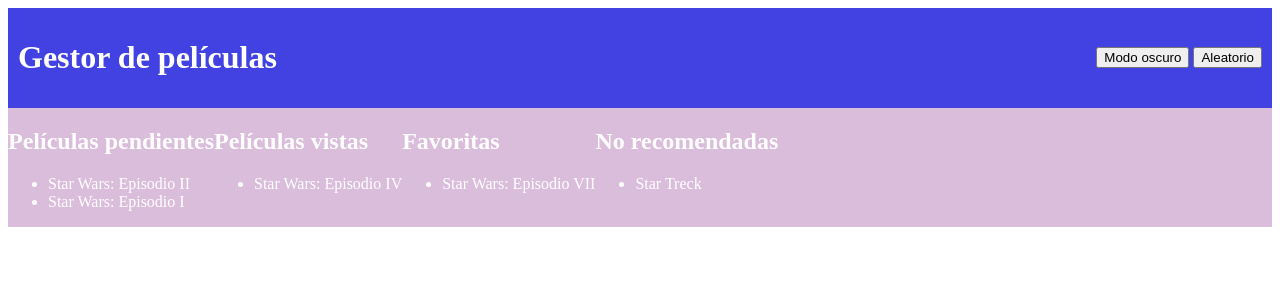
Repository: alvarobarasona/DAW_2
Page: DIW/EXAMEN_SEGUNDA_EV/public/index.html
These files come from the project's save history. The page is drawn as it stood at one moment and after the next save; the edit follows.
The browser window is 1280 px wide. The pictures show the whole page.
The style sheet was rebuilt from its Sass, Less or Tailwind sources for each picture, by a compiler version that may differ from the author's.

Above is the page before, as saved 2024-03-04 17:16:29.

### DIW/EXAMEN_SEGUNDA_EV/public/index.html
<!DOCTYPE html>
<html lang="es">
    <head>
        <meta charset="UTF-8">
        <meta name="viewport" content="width=device-width, initial-scale=1.0">
        <title>Gestor de películas</title>
        <link rel="stylesheet" href="./css/style.css">
    </head>
    <body>
        <header>
            <h1>Gestor de películas</h1>
            <div>
                <button>Modo oscuro</button>
                <button>Aleatorio</button>
            </div>
        </header>
        <main>
            <div class="movies-column">
                <div class="movies-header">
                    <h2>Películas pendientes</h2>
                </div>
                <div class="movies-container">
                    <ul>
                        <li>Star Wars: Episodio II</li>
                        <li>Star Wars: Episodio I</li>
                    </ul>
                </div>
            </div>
            <div class="movies-column">
                <div class="movies-header">
                    <h2>Películas vistas</h2>
                </div>
                <div class="movies-container">
                    <ul>
                        <li>Star Wars: Episodio IV</li>
                    </ul>
                </div>
            </div>
            <div class="movies-column">
                <div class="movies-header">
                    <h2>Favoritas</h2>
                </div>
                <div class="movies-container">
                    <ul>
                        <li>Star Wars: Episodio VII</li>
                    </ul>
                </div>
            </div>
            <div class="movies-column">
                <div class="movies-header">
                    <h2>No recomendadas</h2>
                </div>
                <div class="movies-container">
                    <ul>
                        <li>Star Treck</li>
                    </ul>
                </div>
            </div>
        </main>
    </body>
</html>

### DIW/EXAMEN_SEGUNDA_EV/public/scss/style.scss
@import "abstracts/mixins";
@import "abstracts/variables";

header {
    @include aparience(row, $header_color, $header_font_color);
    justify-content: space-between;
    align-items: center;
    padding: 10px;
}

main {
    @include aparience(row, $main_bgc, $header_font_color);
}

### DIW/EXAMEN_SEGUNDA_EV/public/scss/abstracts/_mixins.scss
@mixin flex_display($display_option) {
    display: flex;
    flex-direction: $display_option;
}

@mixin aparience($display_option, $background_color, $font_color) {
    @include flex_display($display_option);
    background-color: $background_color;
    color: $font_color;
}

### DIW/EXAMEN_SEGUNDA_EV/public/scss/abstracts/_variables.scss
//Colores de la web
$header_color: rgb(66, 66, 226);
$header_font_color: white;
$buttons_bgc: rgb(139, 26, 139);
$main_bgc: rgb(217, 189, 218);
$pendient_movies: rgb(211, 46, 170);
$show_movies: rgb(248, 214, 21);
$favourites_movies: green;
$no_recomendated_movies: rgb(89, 48, 238);
$movies_font_color: black;

//Tamaño de fuentes de la web
$header_title_size: 40px;
$buttons_font_size: 8px;
$header_movie_title_size: 12px;
$movie_text_size: 10px;

After the next save:
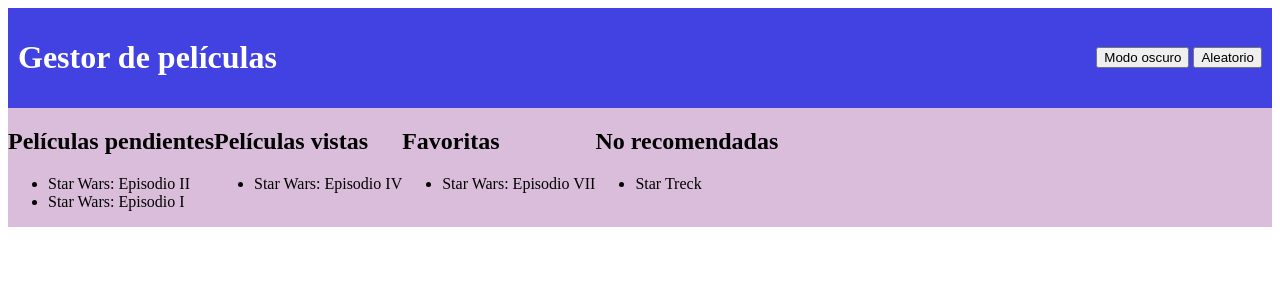
Saved 10 s later.
--- a/DIW/EXAMEN_SEGUNDA_EV/public/scss/style.scss
+++ b/DIW/EXAMEN_SEGUNDA_EV/public/scss/style.scss
@@ -9,5 +9,5 @@ header {
 }
 
 main {
-    @include aparience(row, $main_bgc, $header_font_color);
+    @include aparience(row, $main_bgc, $movies_font_color);
 }
